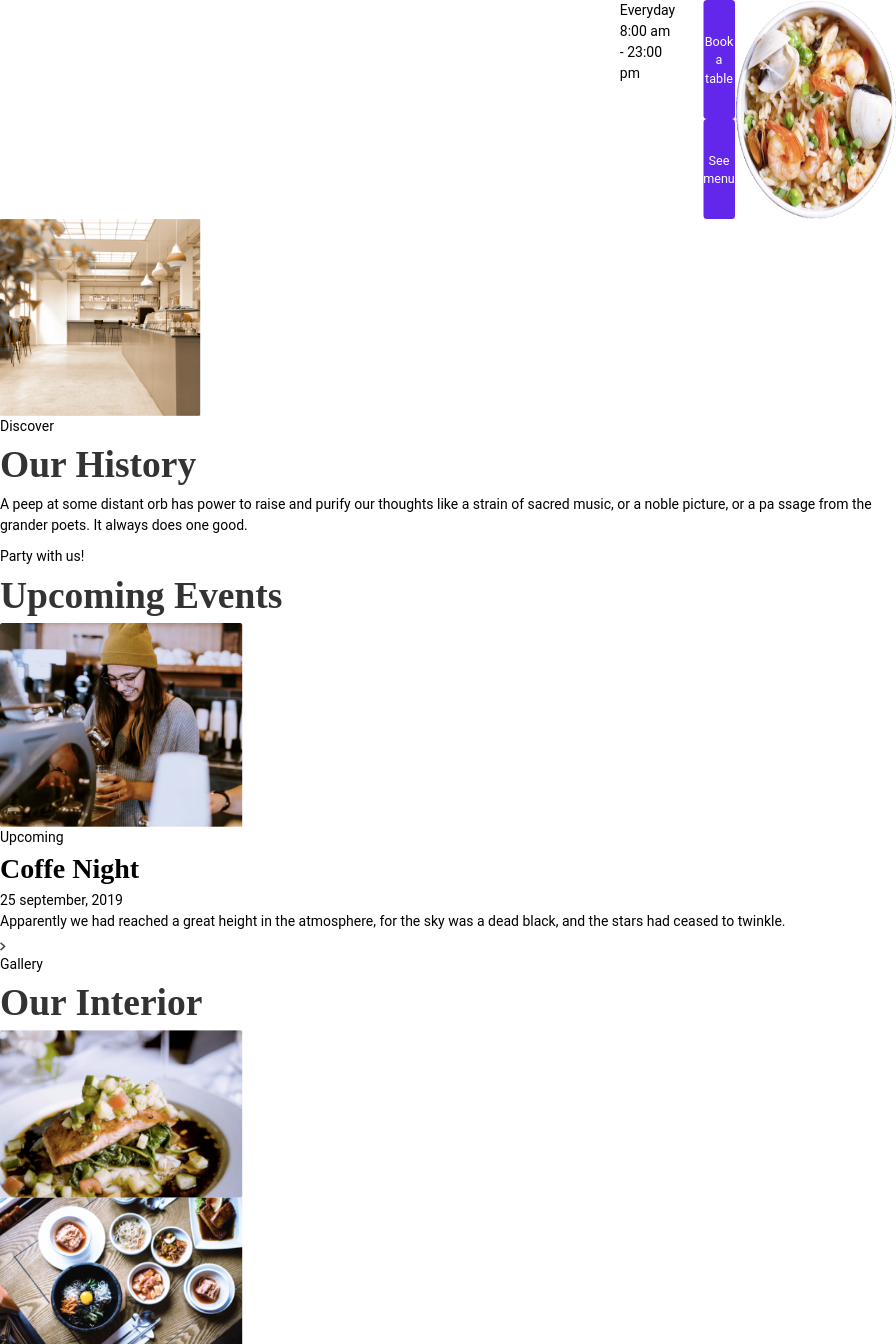
Repository: murilopellis-12/Tailwind-Prova
Page: index.html
The author's editor kept a copy of each file at every save. The page is drawn from the files as they stood at one save, then again after the next save.
The browser window is 1280 px wide. The pictures show the part of the page from y = 0 to 1920 px (the page is 4139 px tall), at 70% of full size.

Above is the page before, as saved 2026-10-26 20:10:25.
Not found: style.css

After the next save:
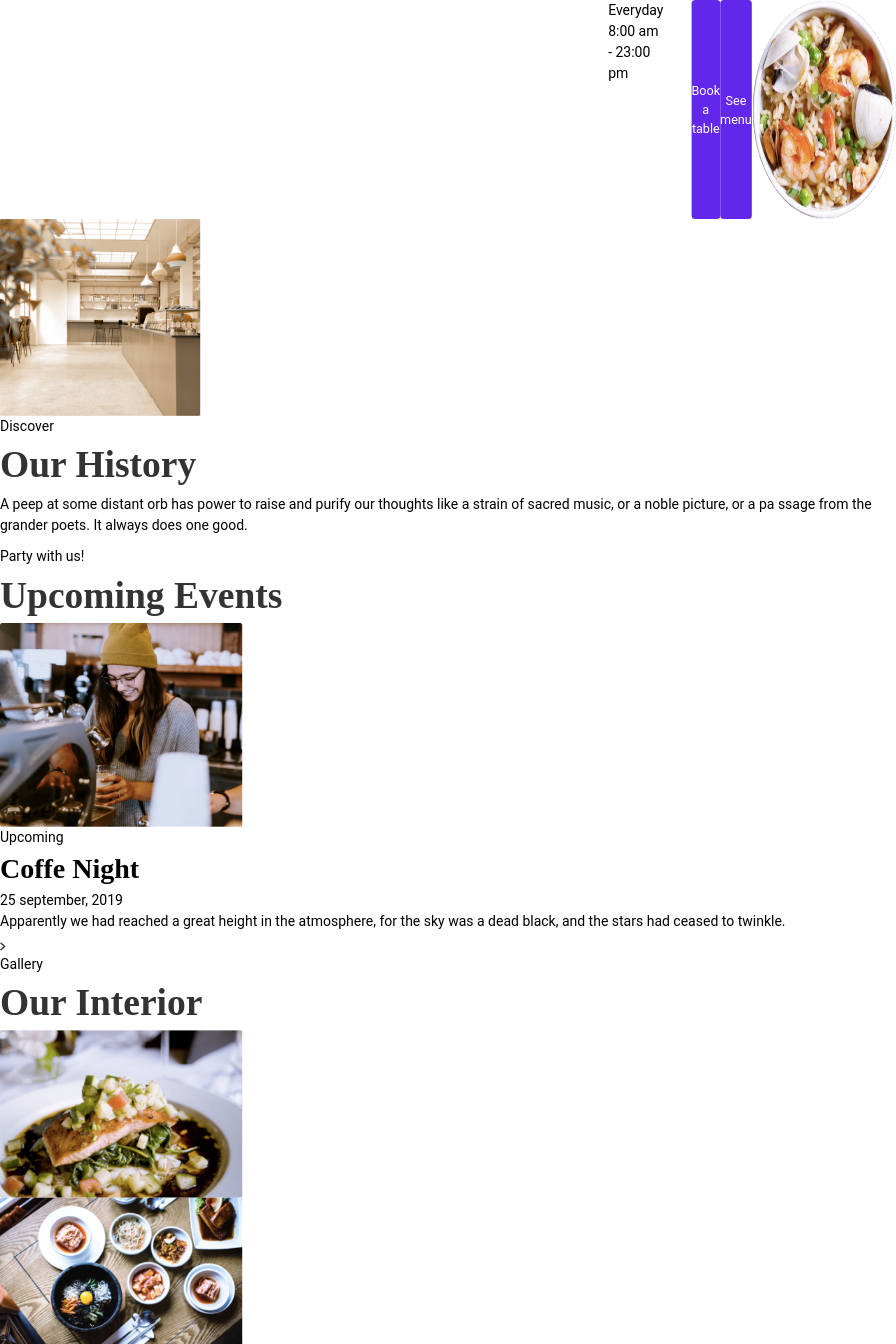
Saved 46 s later.
--- a/index.html
+++ b/index.html
@@ -124,7 +124,7 @@
         <div class="conteudo-hero h-auto flex flex-column justify-center gap-[4rem]">
           <h1 id="h1-pagina-principal">Welcome to our restaurant</h1>
           <p id="horario-funcionamento-hero text-[2.4rem] font-light text-[var(--cor-terciaria)]">Everyday 8:00 am - 23:00 pm</p>
-          <div class="botoes-hero grid grid-cols-[1fr 1fr] gap-[clamp(0.6rem, calc(-0.245rem + 2.254vw), 3rem)] h-auto w-[100%] max-w-[345px]">
+          <div class="botoes-hero grid grid-cols-[1fr_1fr] gap-[clamp(0.6rem, calc(-0.245rem + 2.254vw), 3rem)] h-auto w-[100%] max-w-[345px]">
             <button
               aria-label="abre a reserva de mesa"
               class="botoes-hero-class p-[1.2rem 0] text-[var(--cor-terciaria)] text-[1.8rem] max-w-[170px] border-0 bg-[var(--complementar-roxo)]"
